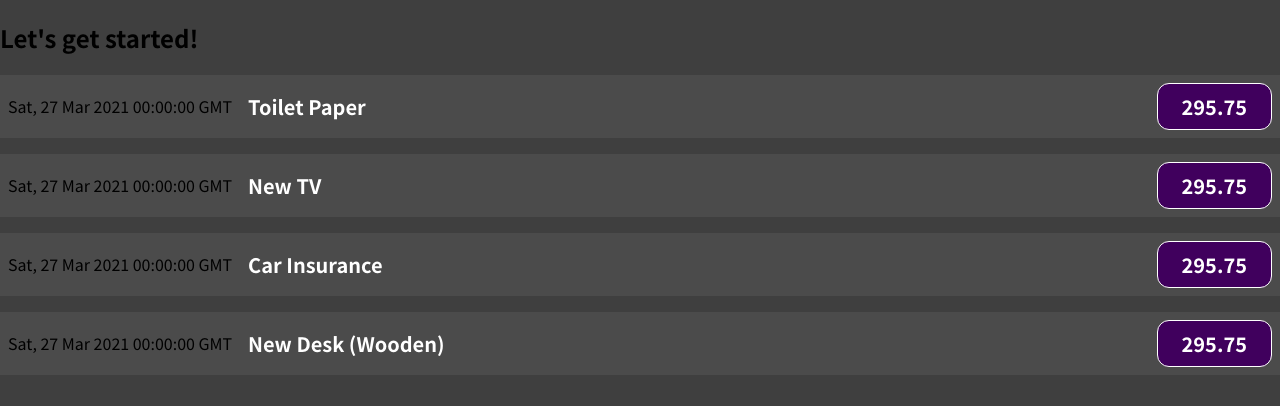
Repository: kowalkos/react-course-first
Page: /
The author's editor kept a copy of each file at every save. The page is drawn from the files as they stood at one save, then again after the next save.
The browser window is 1280 px wide. The pictures show the whole page.
The project was rebuilt for these pictures with package versions that can differ from the ones it lists, and the page was loaded fresh each time.

Above is the page before, as saved 2021-11-27 17:09:19.

### src/App.js
import ExpenseItem from "./components/ExpenseItem";

function App() {
  const expenses = [
    {
      id: "e1",
      title: "Toilet Paper",
      amount: 94.12,
      date: new Date(2020, 7, 14),
    },
    { id: "e2", title: "New TV", amount: 799.49, date: new Date(2021, 2, 12) },
    {
      id: "e3",
      title: "Car Insurance",
      amount: 294.67,
      date: new Date(2021, 2, 28),
    },
    {
      id: "e4",
      title: "New Desk (Wooden)",
      amount: 450,
      date: new Date(2021, 5, 12),
    },
  ];
  return (
    <div>
      <h2>Let's get started!</h2>
      <ExpenseItem
        title={expenses[0].title}
        ammount={expenses[0].amount}
        date={expenses[0].date}
      ></ExpenseItem>
      <ExpenseItem
        title={expenses[1].title}
        ammount={expenses[1].amount}
        date={expenses[1].date}
      ></ExpenseItem>
      <ExpenseItem
        title={expenses[2].title}
        ammount={expenses[2].amount}
        date={expenses[2].date}
      ></ExpenseItem>
      <ExpenseItem
        title={expenses[3].title}
        ammount={expenses[3].amount}
        date={expenses[3].date}
      ></ExpenseItem>
    </div>
  );
}

export default App;

### src/components/ExpenseItem.js
import "./ExpenseItem.css";
function ExpenseItem(props) {
  const expenseDate = new Date(2021, 2, 27);
  const expenseTitle = "Car Insurance";
  const expenseAmount = 295.75;

  return (
    <div className="expense-item">
      <div>{expenseDate.toUTCString()}</div>
      <div className="expense-item__description">
        <h2>{props.title}</h2>
        <div className="expense-item__price">{expenseAmount}</div>
      </div>
    </div>
  );
}
export default ExpenseItem;

### src/components/Expenses/ExpenseItem.css
.expense-item {
    display: flex;
    justify-content: space-between;
    align-items: center;
    padding: 0.5rem;
    margin: 1rem 0;
    background-color: #4b4b4b;
  }

  .expense-item__description {
    display: flex;
    flex-direction: column;
    gap: 1rem;
    align-items: flex-end;
    flex-flow: column-reverse;
    justify-content: flex-start;
    flex: 1;
  }

  .expense-item h2 {
    color: #3a3a3a;
    font-size: 1rem;
    flex: 1;
    margin: 0 1rem;
    color: white;
  }

  .expense-item__price {
    font-size: 1rem;
    font-weight: bold;
    color: white;
    background-color: #40005d;
    border: 1px solid white;
    padding: 0.5rem;
    border-radius: 12px;
  }

  @media (min-width: 580px) {
    .expense-item__description {
      flex-direction: row;
      align-items: center;
      justify-content: flex-start;
      flex: 1;
    }

    .expense-item__description h2 {
      font-size: 1.25rem;
    }

    .expense-item__price {
      font-size: 1.25rem;
      padding: 0.5rem 1.5rem;
    }
  }

Loaded but not shown: public/index.html (common file); src/index.js (common file); src/index.css (common file); src/reportWebVitals.js (common file)

After the next save:
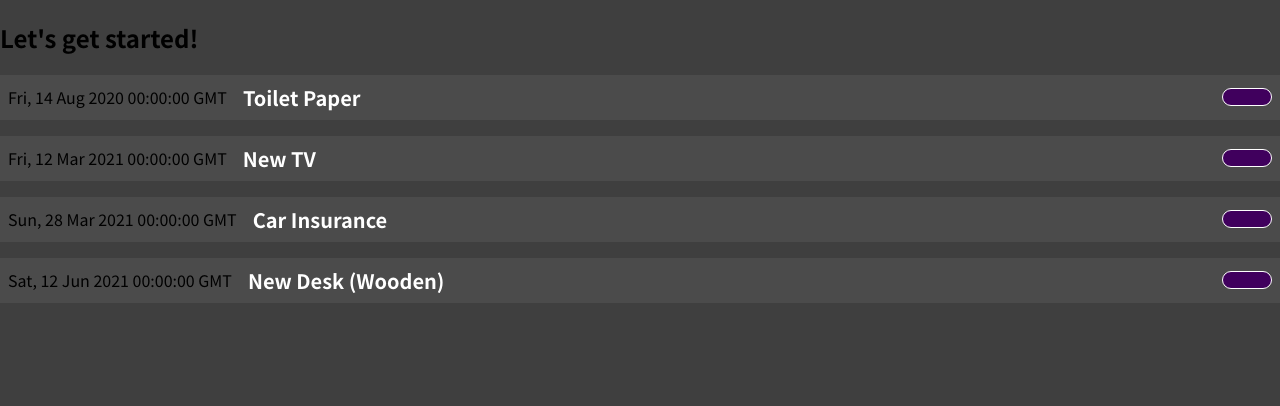
Saved 63 s later.
--- a/src/components/ExpenseItem.js
+++ b/src/components/ExpenseItem.js
@@ -1,15 +1,12 @@
 import "./ExpenseItem.css";
 function ExpenseItem(props) {
-  const expenseDate = new Date(2021, 2, 27);
-  const expenseTitle = "Car Insurance";
-  const expenseAmount = 295.75;
 
   return (
     <div className="expense-item">
-      <div>{expenseDate.toUTCString()}</div>
+      <div>{props.date.toUTCString()}</div>
       <div className="expense-item__description">
         <h2>{props.title}</h2>
-        <div className="expense-item__price">{expenseAmount}</div>
+        <div className="expense-item__price">{props.amount}</div>
       </div>
     </div>
   );
